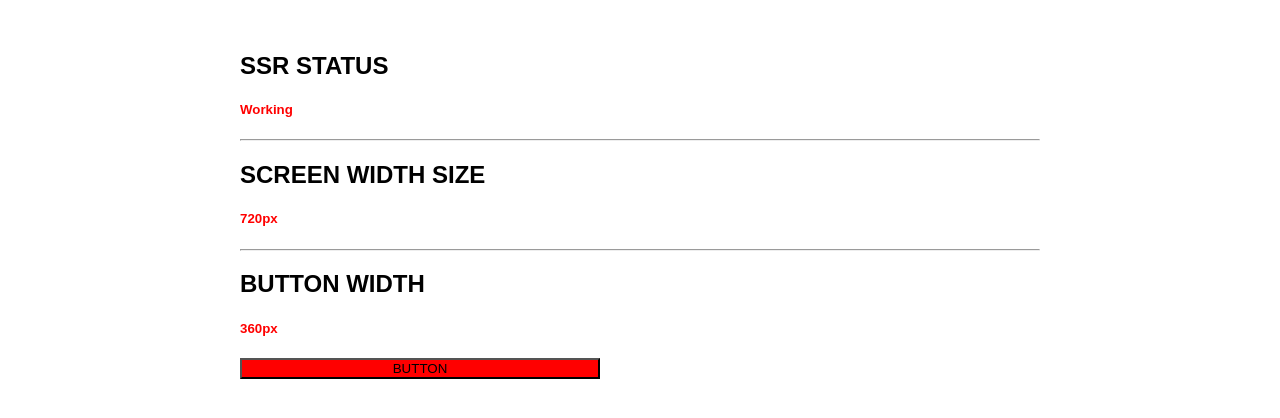
Repository: adrihle/screen-detector-nextpwa
Page: /
An editor plug-in stored every save of this project. The page is shown before and after the next save, followed by the edit.
The browser window is 1280 px wide. The pictures show the whole page.
The project was rebuilt for these pictures with package versions that can differ from the ones it lists, and the page was loaded fresh each time. The framework's server and built-in components were replaced by stand-ins that run in the browser. Imported but missing from the stored project, and not drawn on this page: pages/_document.

Above is the page before, as saved 2020-12-28 13:56:12.

### pages/_app.js
import App, { Container } from "next/app";
import Head from "next/head";
import styled, { createGlobalStyle } from "styled-components";
import { title } from "./_document";

// Any global CSS variables and selectors we want
const GlobalStyle = createGlobalStyle`
  :root {
    --padding: 2rem;
    --max-width: 50rem;
  }

  body {
    background: var(--background--1);
    font-family: 'PT Sans', sans-serif;
    margin: 0;
  }
`;

const Main = styled.main`
  margin: 0 auto;
  max-width: var(--max-width);
  padding: var(--padding);
`;

export default class MyApp extends App {
  static async getInitialProps({ Component, ctx }) {
    let pageProps = {};

    if (Component.getInitialProps) {
      pageProps = await Component.getInitialProps(ctx);
    }

    return { pageProps };
  }

  render() {
    const { Component, pageProps, router } = this.props;

    return (
      <>
        <Head>
          <title>{title}</title>
        </Head>
        <Container>
          <Main>
            <Component {...pageProps} router={router} />
          </Main>
          <GlobalStyle />
        </Container>
      </>
    );
  }
}

### pages/index.js
import { useEffect, useState } from 'react'





const Index = ({ server }) => {

  const [size, setSize] = useState()


  useEffect(() => {
    const handleSize = () => setSize(window.innerHeight)
    handleSize()
    window.addEventListener('resize', handleSize)
    return () => {window.removeEventListener('resize', handleSize)}
  },[])

  const width = size + 'px'


  const btnWidth = size / 2

  return (
    <>
      <h2>SSR STATUS</h2>
      <h5 style={{color:'red'}}>{server ? 'Working' : 'Not Working'}</h5>
      <hr />
      <h2>SCREEN WIDTH SIZE</h2>
      <h5 style={{color:'red'}}>{width}</h5>
      <hr/>
      {size>240 && (
        <>
          <h2>BUTTON WIDTH</h2>
          <h5 style={{color:'red'}}>{`${btnWidth}px`}</h5>
          <button style={{background:'red', width:btnWidth}}>BUTTON</button>
        </>
      )}
    </>
  )
}

Index.getInitialProps = async function() {
  return {
    server: true,
  }
};

export default Index;

After the next save:
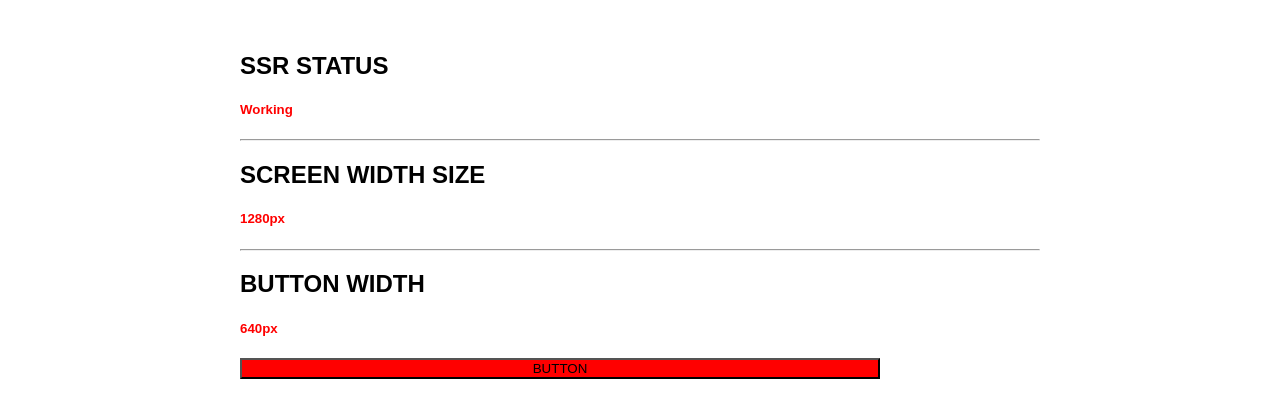
Saved 5 s later.
--- a/pages/index.js
+++ b/pages/index.js
@@ -10,7 +10,7 @@ const Index = ({ server }) => {
 
 
   useEffect(() => {
-    const handleSize = () => setSize(window.innerHeight)
+    const handleSize = () => setSize(window.innerWidth)
     handleSize()
     window.addEventListener('resize', handleSize)
     return () => {window.removeEventListener('resize', handleSize)}
